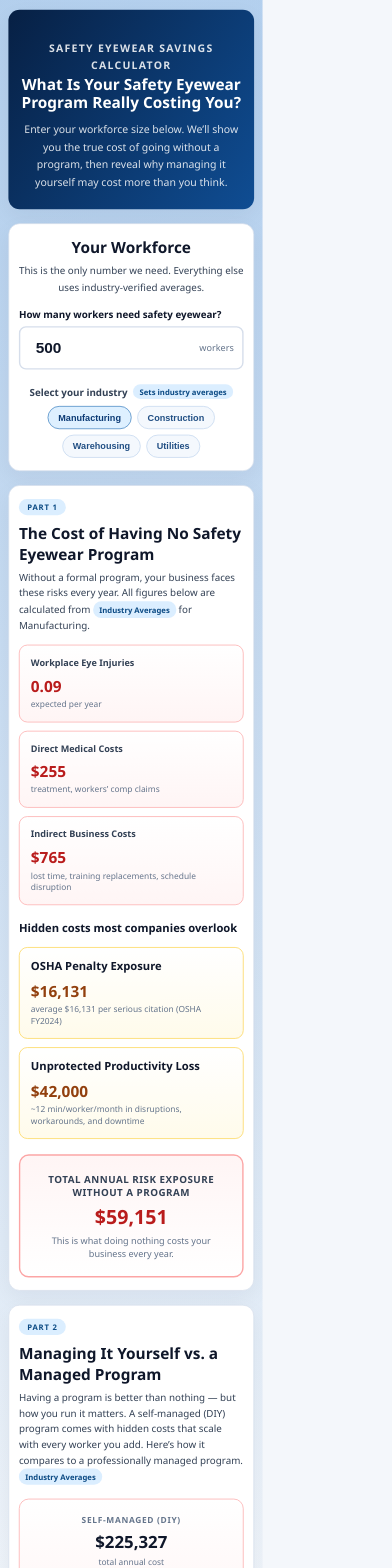
Repository: framescalemarketing-code/cost-analysis-calculator
Page: /
The author's editor kept a copy of each file at every save. The page is drawn from the files as they stood at one save, then again after the next save.
The browser window is 375 px wide. The page is 375 px wide, then 560 px, so the pictures cover 560 px, including what lies to the right of the window. The pictures show the part of the page from y = 0 to 2240 px (the page is 5994 px tall before and 5826 px after), at 70% of full size.
The project was rebuilt for these pictures with package versions that can differ from the ones it lists, and the page was loaded fresh each time. The framework's server and built-in components were replaced by stand-ins that run in the browser. Also part of the build but not shown: next.config.mjs.

Above is the page before, as saved 2026-03-16 16:11:53.

### app/layout.tsx
import type { Metadata } from "next";
import "./globals.css";

export const metadata: Metadata = {
  title: "Safety Eyewear Savings Calculator",
  description: "Find out what workplace eye injuries really cost your business — and how much a managed safety eyewear program can save you.",
};

export default function RootLayout({ children }: { children: React.ReactNode }) {
  return (
    <html lang="en">
      <body>{children}</body>
    </html>
  );
}

### app/globals.css
:root {
  --ink-900: #0f172a;
  --ink-700: #334155;
  --ink-500: #64748b;
  --line: #d6deeb;
  --surface: #ffffff;
  --surface-soft: #f4f7fb;
  --brand-700: #0b3a75;
  --brand-500: #1363b5;
  --brand-300: #66a5e8;
  --positive: #166534;
  --positive-bg: #ecfdf5;
  --negative: #b91c1c;
  --negative-bg: #fef2f2;
  --warn: #92400e;
  --warn-bg: #fffbeb;
  --stack-program: #0b3a75;
  --stack-admin: #1e5fa8;
  --stack-productivity: #3984cc;
  --stack-remake: #68aee7;
  --stack-injury: #d12f2f;
}

* { box-sizing: border-box; }

body {
  margin: 0;
  font-family: "Segoe UI", "Helvetica Neue", sans-serif;
  color: var(--ink-900);
  background:
    radial-gradient(circle at top right, rgba(102,165,232,.28), transparent 40%),
    radial-gradient(circle at top left, rgba(19,99,181,.18), transparent 42%),
    var(--surface-soft);
}

/* ── layout ─────────────────────────────────────────── */

.page {
  max-width: 960px;
  margin: 0 auto;
  padding: 24px 18px 64px;
  display: grid;
  gap: 20px;
}

.card {
  background: var(--surface);
  border: 1px solid var(--line);
  border-radius: 16px;
  padding: 28px;
  box-shadow: 0 10px 30px rgba(15,23,42,.05);
}

/* ── hero ────────────────────────────────────────────── */

.hero {
  color: #fff;
  background: linear-gradient(125deg, #072044 0%, #0f4d93 100%);
  border: none;
  text-align: center;
  padding: 40px 28px;
}

.eyebrow {
  margin: 0 0 8px;
  text-transform: uppercase;
  letter-spacing: .12em;
  font-size: 12px;
  font-weight: 700;
  color: rgba(255,255,255,.7);
}

h1 {
  margin: 0;
  font-size: clamp(26px, 3.5vw, 40px);
  line-height: 1.2;
}

.hero p {
  margin: 14px auto 0;
  max-width: 640px;
  line-height: 1.65;
  color: rgba(255,255,255,.85);
  font-size: 15px;
}

h2 { margin: 0; font-size: 22px; }
h3, h4, p { margin: 0; }

.section-sub {
  margin-top: 8px;
  color: var(--ink-700);
  line-height: 1.6;
  font-size: 14px;
}

/* ── input section ──────────────────────────────────── */

.input-section { text-align: center; }

.input-row {
  margin-top: 18px;
  display: flex;
  justify-content: center;
}

.big-field {
  display: block;
  text-align: left;
  max-width: 360px;
  width: 100%;
}

.big-field > span {
  display: block;
  font-size: 14px;
  font-weight: 700;
  margin-bottom: 8px;
  color: var(--ink-900);
}

.input-wrap {
  display: flex;
  align-items: center;
  border: 1.5px solid var(--line);
  border-radius: 10px;
  background: #fff;
  padding: 0 12px;
}

.input-wrap:focus-within {
  border-color: var(--brand-500);
  box-shadow: 0 0 0 3px rgba(19,99,181,.14);
}

.big-input { border-width: 2px; }

.input-wrap em {
  font-style: normal;
  color: var(--ink-500);
  font-size: 13px;
  white-space: nowrap;
}

input {
  width: 100%;
  border: 0;
  outline: 0;
  background: transparent;
  color: var(--ink-900);
  font-size: 16px;
  padding: 13px 8px;
  font-weight: 600;
}

.big-input input {
  font-size: 22px;
  padding: 16px 10px;
}

.industry-pick {
  margin-top: 20px;
}

.industry-pick > p {
  font-size: 14px;
  font-weight: 700;
  color: var(--ink-700);
  display: inline-flex;
  align-items: center;
  gap: 8px;
}

.chip-row {
  display: flex;
  flex-wrap: wrap;
  justify-content: center;
  gap: 8px;
  margin-top: 10px;
}

.chip {
  border: 1px solid #c2d6ee;
  background: #f4f8fd;
  color: #214f84;
  border-radius: 999px;
  padding: 8px 14px;
  font-size: 13px;
  font-weight: 700;
  cursor: pointer;
  transition: all .15s;
}

.chip:hover { background: #e4f0ff; }

.chip.active {
  border-color: #3c7fbe;
  background: #def0ff;
  color: #0b3a75;
}

/* ── "industry average" badge ───────────────────────── */

.avg-tag {
  display: inline-block;
  font-size: 11px;
  font-weight: 700;
  color: #0b4a84;
  background: #dbeeff;
  border-radius: 999px;
  padding: 3px 9px;
  vertical-align: middle;
}

/* ── part labels ────────────────────────────────────── */

.part-card { position: relative; }

.part-label {
  display: inline-block;
  font-size: 11px;
  font-weight: 800;
  text-transform: uppercase;
  letter-spacing: .1em;
  color: #0b4a84;
  background: #dbeeff;
  border-radius: 999px;
  padding: 4px 12px;
  margin-bottom: 10px;
}

/* ── result cards ───────────────────────────────────── */

.result-grid {
  margin-top: 16px;
  display: grid;
  gap: 12px;
}

.three-col { grid-template-columns: repeat(3, 1fr); }
.two-col   { grid-template-columns: repeat(2, 1fr); }

.result-card {
  border: 1px solid var(--line);
  border-radius: 12px;
  padding: 16px;
  background: linear-gradient(180deg, #fff 0%, #f8fbff 100%);
}

.result-card h3 {
  font-size: 13px;
  color: var(--ink-700);
  line-height: 1.35;
  font-weight: 600;
}

.result-card .big-num {
  margin-top: 8px;
  font-size: 26px;
  font-weight: 800;
  color: var(--brand-700);
}

.result-card small {
  display: block;
  margin-top: 4px;
  color: var(--ink-500);
  font-size: 12px;
  line-height: 1.4;
}

.result-card.danger {
  border-color: #fca5a5;
  background: linear-gradient(180deg, #fff 0%, #fff5f5 100%);
}

.result-card.danger .big-num { color: var(--negative); }

.result-card.warn {
  border-color: #fcd34d;
  background: linear-gradient(180deg, #fff 0%, #fffbeb 100%);
}

.result-card.warn .big-num { color: var(--warn); }

/* ── hidden-costs callout ───────────────────────────── */

.hidden-costs-callout {
  margin-top: 22px;
}

.hidden-costs-callout h3 {
  font-size: 16px;
  color: var(--ink-900);
  margin-bottom: 4px;
}

/* ── total exposure hero ────────────────────────────── */

.total-exposure-card {
  margin-top: 22px;
  text-align: center;
  border: 2px solid #fca5a5;
  border-radius: 14px;
  padding: 24px;
  background: linear-gradient(180deg, #fff5f5 0%, #fff 100%);
}

.total-exposure-card h3 {
  font-size: 14px;
  color: var(--ink-700);
  text-transform: uppercase;
  letter-spacing: .05em;
  font-weight: 700;
}

.hero-num {
  margin-top: 6px;
  font-size: 38px;
  font-weight: 900;
}

.total-exposure-card small {
  display: block;
  margin-top: 6px;
  color: var(--ink-500);
  font-size: 13px;
}

/* ── versus grid ────────────────────────────────────── */

.versus-grid {
  margin-top: 20px;
  display: grid;
  grid-template-columns: 1fr auto 1fr;
  gap: 12px;
  align-items: center;
}

.versus-card {
  text-align: center;
  border: 1px solid var(--line);
  border-radius: 14px;
  padding: 20px 14px;
  background: #fff;
}

.versus-card.diy {
  border-color: #fca5a5;
  background: linear-gradient(180deg, #fff 0%, #fff8f8 100%);
}

.versus-card.managed {
  border-color: #86efac;
  background: linear-gradient(180deg, #fff 0%, #f0fdf4 100%);
}

.versus-label {
  display: block;
  font-size: 12px;
  font-weight: 800;
  text-transform: uppercase;
  letter-spacing: .08em;
  color: var(--ink-500);
  margin-bottom: 6px;
}

.versus-total {
  font-size: 30px;
  font-weight: 900;
  color: var(--ink-900);
}

.managed-num { color: var(--positive) !important; }

.versus-card small {
  display: block;
  margin-top: 4px;
  color: var(--ink-500);
  font-size: 12px;
}

.versus-vs {
  font-size: 18px;
  font-weight: 800;
  color: var(--ink-500);
}

/* ── breakdown table ────────────────────────────────── */

.breakdown-title {
  margin-top: 28px;
  font-size: 18px;
}

.breakdown-table {
  margin-top: 14px;
  border: 1px solid var(--line);
  border-radius: 12px;
  overflow: hidden;
}

.bt-header, .bt-row {
  display: grid;
  grid-template-columns: 2fr 1fr 1fr 1fr;
  gap: 8px;
  padding: 10px 14px;
  align-items: center;
}

.bt-header {
  background: #f1f5fa;
  font-size: 12px;
  font-weight: 700;
  color: var(--ink-500);
  text-transform: uppercase;
  letter-spacing: .04em;
}

.bt-row {
  border-top: 1px solid var(--line);
  font-size: 14px;
}

.bt-row span { text-align: right; }

.bt-label {
  text-align: left !important;
  font-weight: 600;
  color: var(--ink-700);
}

.bt-total {
  background: #f8fbff;
  font-weight: 800;
}

.bt-total span { font-size: 15px; }

.savings-num {
  font-size: 17px !important;
  font-weight: 900 !important;
}

/* ── insight cards ──────────────────────────────────── */

.insights-grid {
  margin-top: 24px;
  display: grid;
  grid-template-columns: 1fr 1fr;
  gap: 12px;
}

.insight-card {
  border: 1px solid var(--line);
  border-radius: 12px;
  padding: 16px;
  background: linear-gradient(180deg, #fff 0%, #f8fbff 100%);
}

.insight-icon {
  font-size: 24px;
  margin-bottom: 6px;
}

.insight-card h4 {
  font-size: 15px;
  color: var(--ink-900);
  margin-bottom: 6px;
}

.insight-card p {
  font-size: 13px;
  color: var(--ink-700);
  line-height: 1.55;
}

.insight-save {
  margin-top: 8px !important;
  font-weight: 700 !important;
  color: var(--positive) !important;
  font-size: 14px !important;
}

/* ── chart / stacked bar ────────────────────────────── */

.chart-section {
  margin-top: 28px;
  border-top: 1px solid var(--line);
  padding-top: 20px;
}

.chart-section h3 { font-size: 18px; }

.chart-grid {
  margin-top: 14px;
  display: grid;
  gap: 12px;
  grid-template-columns: 1fr 1fr;
}

.stack-block {
  border: 1px solid var(--line);
  border-radius: 12px;
  padding: 12px;
  background: #fff;
}

.stack-meta {
  display: flex;
  justify-content: space-between;
  gap: 8px;
  align-items: baseline;
  margin-bottom: 10px;
}

.stack-meta h4 { font-size: 14px; }

.stack-meta p {
  font-size: 18px;
  font-weight: 800;
  color: var(--brand-700);
}

.stack-bar {
  width: 100%;
  height: 22px;
  overflow: hidden;
  border-radius: 999px;
  display: flex;
  border: 1px solid #c4d4e8;
  background: #edf4fc;
}

.segment { display: block; height: 100%; }
.program { background: var(--stack-program); }
.admin { background: var(--stack-admin); }
.productivity { background: var(--stack-productivity); }
.remake { background: var(--stack-remake); }
.injury { background: var(--stack-injury); }

.legend {
  margin-top: 12px;
  display: flex;
  flex-wrap: wrap;
  justify-content: center;
  gap: 10px 18px;
  color: var(--ink-700);
  font-size: 13px;
}

.legend span {
  display: inline-flex;
  align-items: center;
  gap: 6px;
}

.legend i {
  width: 12px;
  height: 12px;
  border-radius: 3px;
  display: inline-block;
}

/* ── bottom line ────────────────────────────────────── */

.bottom-line-card {
  text-align: center;
  background: linear-gradient(155deg, #072044 0%, #0f4d93 100%);
  border: none;
  color: #fff;
}

.bottom-line-card h2 {
  color: #fff;
  margin-bottom: 18px;
}

.bottom-line-grid {
  display: grid;
  grid-template-columns: repeat(4, 1fr);
  gap: 12px;
}

.bl-item {
  border: 1px solid rgba(255,255,255,.15);
  border-radius: 12px;
  padding: 16px 12px;
  background: rgba(255,255,255,.07);
}

.bl-item h3 {
  font-size: 12px;
  font-weight: 700;
  color: rgba(255,255,255,.7);
  text-transform: uppercase;
  letter-spacing: .04em;
}

.bl-item p {
  margin-top: 8px;
  font-size: 24px;
  font-weight: 900;
  color: #fff;
}

.bl-item small {
  display: block;
  margin-top: 4px;
  color: rgba(255,255,255,.6);
  font-size: 11px;
  line-height: 1.4;
}

.bl-item.emphasis {
  background: rgba(255,255,255,.14);
  border-color: rgba(255,255,255,.3);
}

.positive { color: var(--positive) !important; }
.negative { color: var(--negative) !important; }

.bl-item .positive { color: #4ade80 !important; }
.bl-item .negative { color: #fca5a5 !important; }

/* ── disclosure ─────────────────────────────────────── */

.disclosure h2 { font-size: 16px; }

.disclosure p {
  margin-top: 8px;
  color: var(--ink-500);
  font-size: 13px;
  line-height: 1.65;
}

/* ── responsive ─────────────────────────────────────── */

@media (max-width: 860px) {
  .three-col { grid-template-columns: 1fr; }
  .two-col { grid-template-columns: 1fr; }
  .versus-grid { grid-template-columns: 1fr; }
  .versus-vs { text-align: center; }
  .bt-header, .bt-row { grid-template-columns: 1.5fr 1fr 1fr 1fr; font-size: 12px; }
  .insights-grid { grid-template-columns: 1fr; }
  .chart-grid { grid-template-columns: 1fr; }
  .bottom-line-grid { grid-template-columns: 1fr 1fr; }
}

@media (max-width: 560px) {
  .page { padding: 14px 12px 48px; }
  .card { padding: 18px 14px; }
  .hero { padding: 28px 16px; }
  h1 { font-size: 22px; }
  .bt-header, .bt-row { grid-template-columns: 1fr 1fr; }
  .bt-header span:nth-child(1),
  .bt-row .bt-label { grid-column: 1 / -1; }
  .bottom-line-grid { grid-template-columns: 1fr; }
  .hero-num { font-size: 28px; }
  .versus-total { font-size: 24px; }
  .result-card .big-num { font-size: 22px; }
}

Loaded but not shown: app/page.tsx (618 lines, source omitted)

After the next save:
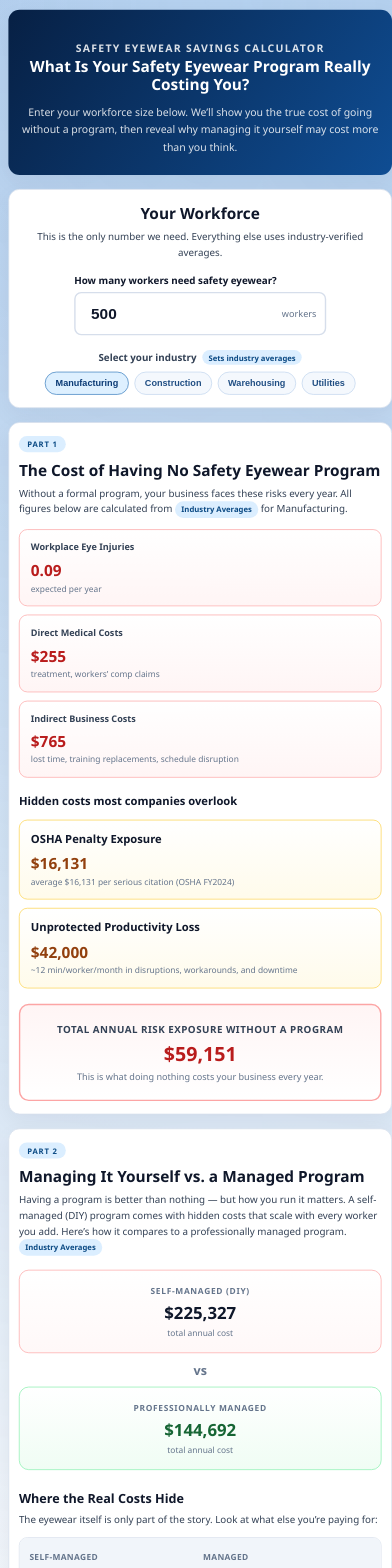
Saved 35 s later.
--- a/app/globals.css
+++ b/app/globals.css
@@ -627,6 +627,118 @@ input {
 
 .disclosure h2 { font-size: 16px; }
 
+/* ── timeline / chart ────────────────────────────────── */
+
+.timeline-section { margin-top: 8px; }
+
+.timeline-header { margin-bottom: 16px; }
+
+.svg-wrap {
+  width: 100%;
+  overflow-x: auto;
+  border: 1px solid var(--line);
+  border-radius: 12px;
+  background: #fff;
+  padding: 8px;
+}
+
+.timeline-svg {
+  width: 100%;
+  height: auto;
+  min-width: 500px;
+  display: block;
+}
+
+.timeline-legend {
+  margin-top: 12px;
+  display: flex;
+  flex-wrap: wrap;
+  justify-content: center;
+  gap: 10px 20px;
+  font-size: 13px;
+  color: var(--ink-700);
+}
+
+.timeline-legend span {
+  display: inline-flex;
+  align-items: center;
+  gap: 6px;
+}
+
+.timeline-legend i {
+  width: 12px;
+  height: 12px;
+  border-radius: 3px;
+  display: inline-block;
+}
+
+/* ── milestones ─────────────────────────────────────── */
+
+.milestones {
+  margin-top: 20px;
+}
+
+.milestones h4 {
+  font-size: 15px;
+  color: var(--ink-900);
+  margin-bottom: 10px;
+}
+
+.milestone-row {
+  display: grid;
+  grid-template-columns: repeat(4, 1fr);
+  gap: 10px;
+}
+
+.milestone-card {
+  text-align: center;
+  border: 1px solid #bbf7d0;
+  border-radius: 10px;
+  padding: 12px 8px;
+  background: linear-gradient(180deg, #f0fdf4 0%, #fff 100%);
+}
+
+.milestone-card span {
+  display: block;
+  font-size: 12px;
+  font-weight: 700;
+  color: var(--ink-500);
+  text-transform: uppercase;
+  letter-spacing: .04em;
+}
+
+.milestone-card strong {
+  display: block;
+  margin-top: 4px;
+  font-size: 20px;
+  font-weight: 900;
+}
+
+.milestone-card small {
+  display: block;
+  margin-top: 3px;
+  color: var(--ink-500);
+  font-size: 11px;
+}
+
+/* ── bottom line 3-year ─────────────────────────────── */
+
+.bl-three-year {
+  margin-top: 16px;
+  text-align: center;
+  padding-top: 14px;
+  border-top: 1px solid rgba(255,255,255,.15);
+}
+
+.bl-three-year p {
+  font-size: 18px;
+  color: rgba(255,255,255,.9);
+}
+
+.bl-three-year strong {
+  font-size: 22px;
+}
+
 .disclosure p {
   margin-top: 8px;
   color: var(--ink-500);
@@ -645,6 +757,7 @@ input {
   .insights-grid { grid-template-columns: 1fr; }
   .chart-grid { grid-template-columns: 1fr; }
   .bottom-line-grid { grid-template-columns: 1fr 1fr; }
+  .milestone-row { grid-template-columns: 1fr 1fr; }
 }
 
 @media (max-width: 560px) {
@@ -656,6 +769,7 @@ input {
   .bt-header span:nth-child(1),
   .bt-row .bt-label { grid-column: 1 / -1; }
   .bottom-line-grid { grid-template-columns: 1fr; }
+  .milestone-row { grid-template-columns: 1fr; }
   .hero-num { font-size: 28px; }
   .versus-total { font-size: 24px; }
   .result-card .big-num { font-size: 22px; }
